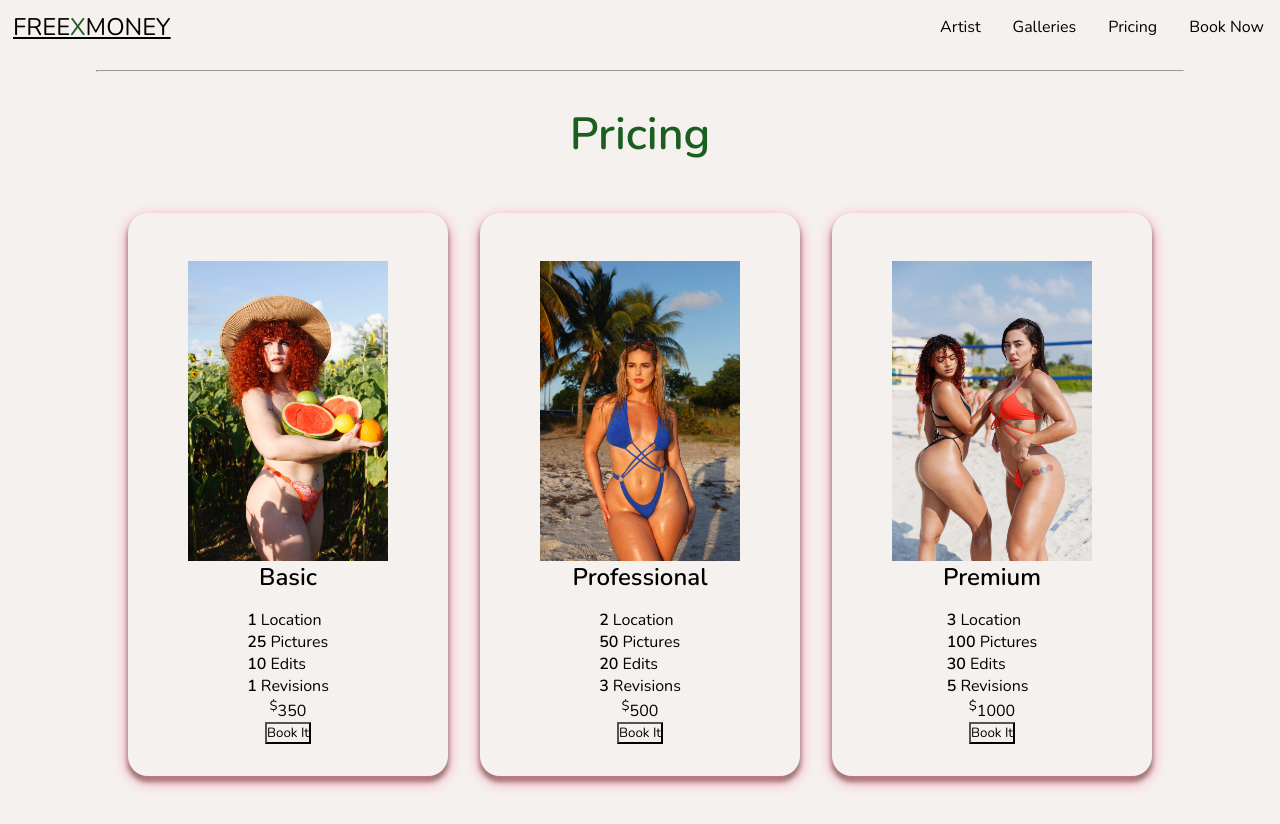
Repository: burntaftermint/freexmoney-draft
Page: price.html
These files come from the project's save history. The page is drawn as it stood at one moment and after the next save; the edit follows.
The browser window is 1280 px wide. The pictures show the whole page.
Some web fonts or font styles are not loaded; a fallback is used.

Above is the page before, as saved 2024-06-11 02:00:12.

### price.html
<!DOCTYPE html>
<html lang="en">
<head>
    <meta charset="UTF-8">
    <meta http-equiv="X-UA-Compatible" content="IE=edge">
    <meta name="viewport" content="width=device-width, initial-scale=1.0">
    <script src="script.js" defer></script>
    <title>FREEXMONEY</title>
    <link rel="preconnect" href="https://fonts.googleapis.com">
    <link rel="preconnect" href="https://fonts.gstatic.com" crossorigin>
    <link href="https://fonts.googleapis.com/css2?family=Architects+Daughter&family=Kumbh+Sans:wght@400;700&family=Montserrat:ital,wght@0,100;0,200;0,300;0,400;0,500;0,600;0,700;0,800;0,900;1,100;1,200;1,300;1,400;1,500;1,600;1,700;1,800;1,900&family=Nunito:wght@300;400;500;600&family=Roboto:wght@300&family=Rubik:wght@400;500;600;700;800&family=Yantramanav:wght@500&display=swap" rel="stylesheet">
    <link rel="stylesheet" type="text/css" href="style.css">
</head>
<body>
    <nav class="navbar">
        <div class="nav-title">
            <a href="index.html">FREE<span>X</span>MONEY</a>
        </div>
        <a href="#" class="toggle-button">
            <span class="bar"></span>
            <span class="bar"></span>
            <span class="bar"></span>
        </a>
        <div class="navbar-links">
            <ul>
                <li><a href="artist.html">Artist</a></li>
                <li><a href="gallery.html">Galleries</a></li>
                <li><a href="pricing.html">Pricing</a></li>
                <li><a href="home.html">Book Now</a></li>
            </ul>
        </div>
    </nav>
    <hr>
    <h1 class="galleryh1">Pricing</h1>
    <section class="pricing">
        <div class="card-wrapper">
            <!-- card header -->
            <div class="card-header">
                <img src="images/2.JPG" alt="basic">
                <h2>Basic</h2>
            </div>
            <!-- card detail -->
            <div class="card-detail">
                <p><span class="fas fa-check check"></span><b>1</b> Location </p>
                <p><span class="fas fa-check check"></span><b>25</b> Pictures </p>
                <p><span class="fas fa-check check"></span><b>10</b> Edits </p>
                <p><span class="fas fa-check check"></span><b>1</b> Revisions </p>

            </div>
            <!-- card price -->
            <div class="card-price">
                <p><sup>$</sup>350</p>
            </div>
            <!-- button -->
            <button class="card-button">Book It</button>
        </div>

        <div class="card-wrapper">
            <!-- card header -->
            <div class="card-header">
                <img src="images/4.JPG" alt="basic">
                <h2>Professional</h2>
            </div>
            <!-- card detail -->
            <div class="card-detail">
                <p><span class="fas fa-check check"></span><b>2</b> Location </p>
                <p><span class="fas fa-check check"></span><b>50</b> Pictures </p>
                <p><span class="fas fa-check check"></span><b>20</b> Edits </p>
                <p><span class="fas fa-check check"></span><b>3</b> Revisions </p>

            </div>
            <!-- card price -->
            <div class="card-price">
                <p><sup>$</sup>500</p>
            </div>
            <!-- button -->
            <button class="card-button">Book It</button>
        </div>

        <div class="card-wrapper">
            <!-- card header -->
            <div class="card-header">
                <img src="images/11.JPG" alt="basic">
                <h2>Premium</h2>
            </div>
            <!-- card detail -->
            <div class="card-detail">
                <p><span class="fas fa-check check"></span><b>3</b> Location </p>
                <p><span class="fas fa-check check"></span><b>100</b> Pictures </p>
                <p><span class="fas fa-check check"></span><b>30</b> Edits </p>
                <p><span class="fas fa-check check"></span><b>5</b> Revisions </p>

            </div>
            <!-- card price -->
            <div class="card-price">
                <p><sup>$</sup>1000</p>
            </div>
            <!-- button -->
            <button class="card-button">Book It</button>
        </div>

    </section>

</body>
</html>

### style.css

* {
    margin: 0;
    padding: 0;
    box-sizing: border-box;
    font-family: 'Nunito', sans-serif;
    background-color: #f5f1ef;
}

.container {
    display: flex;
    flex-direction: column;
    justify-content: center;
    align-items: center;
    text-align: center;
    margin: 15px 20px 0 20px;
}

.social-links img {
    width: 50px;

    margin: 20px;
    cursor: pointer;
}

.social-links {
    text-align: center;
}

hr {
    margin: 1rem 6rem 0 6rem;
}


.container .heading {
    width: 50%;
    padding-bottom: 20px;
}

.container .heading h3 {
    font-size: 3em;
    font-weight: 400;
    border-bottom: 3px solid #1b5e20;

}

.container .heading h3 span {
    color: #1b5e20;
    font-weight: 600;
}

.container .box {
    display: flex;
    flex-direction: row;
    justify-content: space-between;

}

.container .box .row1 {
    display: flex;
    flex-direction: column;
    width: 32.5%;
}

.container .box .row1 img {
    width: 100%;
    padding-bottom: 10px;
    animation: fadeInUp 2s ease;
}

.container .box .row1 img:hover{
    opacity: 0.5;
    transition: 0.2s ease;

}

.container .btn {
    margin: 40px 0 70px 0;
    background: #1b5e20;
    padding: 15px 40px ;
    border-radius: 5px;
}


.container .btn a {
    text-decoration: none;
    background-color: transparent;
    color: #f5f5f5;
    font-weight: bolder;
    letter-spacing: 1px;
}

.container .heading a {
    text-decoration: none;
    color: black;
}
.container .heading a:hover {

    color: #f06292;
}

.container .btn a:hover {
    text-decoration: none;
    background-color: transparent;
    color: #f06292;
    font-weight: bolder;

}

/* gallery css */
.gallery-container {
    width: 100%;
    min-height: 100vh;
    display: flex;
    justify-content: center;
    align-items: center;
    padding: 0px 90px;
}

.gallery-content-section {
    display: flex;
    justify-content: center;
    align-items: center;
    text-align: center;
    animation: fadeInRight 2s ease;
}

.gallery-content-section .gallery-card {
    flex: 1;
    margin: 20px 20px;
    box-shadow: 0px 2px 8px 0px rgba(0,0,0,0.2);
    border-radius: 20px;
    box-shadow: 0 5px 14px #fa7fa8, 0 5px 5px #1b5e20;
}

.gallery-content-section .gallery-card:hover {
    transform: scale(1.2);
    cursor: pointer;
}

.gallery-content-section .gallery-card img {
    width: 100%;
    height: auto;
    border-radius: 5px;
}

.gallery-content-section .gallery-card h2 {
    margin: 15px 0px;
    font-size: 28px;
    color: #f06292;
}

.gallery-content-section .gallery-card p {
    font-size: 16px;
    line-height: 1.5;
    padding: 0px 10px;
    margin-bottom: 20px;
}

.galleryh1 {
    text-align: center;
    font-size: 45px;
    color: #1b5e20;
    margin-top: 2rem;
}

/* home css */

.hero {
    background-color: #f5f1ef;
    overflow: hidden;
}

.home-heading h1 {
    color: #1b5e20;
    font-size: 55px;
    text-align: center;
    margin-top: 35px;
    margin-bottom: -30px;
}

.hero-content p {
    font-size: 24px;
    line-height: 1.5;
    margin-bottom: 40px;
    color: rgb(39, 39, 39);
}

.hero-btn {
    display: inline-block;
    background-color: #1b5e20;
    margin-top: -20px;
    padding: 12px 24px;
    border-radius: 5px;
    font-size: 20px;
    border: none;
    cursor: pointer;
    transition: 0.3s ease;
    font-weight: bolder;
    letter-spacing: 1px;
}
.hero-btn a {

    text-decoration: none;
    background-color: transparent;
    color: #f5f5f5;
}
.hero-btn a:hover {

    color: #f06292;
}
.container_home {
    display: flex;
    justify-content: center;
    align-items: center;
    width: 90%;
    margin: 65px auto;
}
.hero-content {
    flex: 1;
    width: 600px;
    margin: 0px 25px;
    animation: fadeInUp 2s ease;
}
.hero-image {
    flex: 1;
    width: 600px;
    margin: auto;
    animation: fadeInRight 2s ease;
}

.hero-content h2 {
    color: #f06292;
    font-size: 38px;
    margin-bottom: 10px;
}

.hero img {
width: 100%;
height: auto;
border-radius: 10px;
}

/* navbar css */
.navbar {
    display: flex;
    justify-content: space-between;
    align-items: center;
    background-color: #f5f1ef;


}

.nav-title {
    background-color: transparent;
    text-decoration: underline;
}
.nav-title a{
    color: black;

}
.nav-title a:hover{
    color: #f06292;
}
.nav-title span{
    background-color: transparent;
    color: #1b5e20;
}

.navbar-links ul {
    margin: 0;
    padding: 0;
    display: flex;
}

.navbar-links li {
    list-style: none;

}

.navbar-links li a {
    text-decoration: none;
    color: black;
    padding: 1rem;
    display: block;



}

.navbar-links li a:hover{
    color: #f06292;
}
.nav-title {
    font-size: 1.5rem;
    margin: .5rem;
    padding-left: 5px;

}

.toggle-button {
    position: absolute;
    top: .75rem;
    right: 1rem;
    display: none;
    flex-direction: column;
    justify-content: space-between;
    width: 30px;
    height: 21px;
}

.toggle-button .bar {
    height: 3px;
    width: 100%;
    background-color: black;
    border-radius: 10px;
}

/* Pricing css */

.pricing {
    display: flex;
    justify-content: center;
    flex-wrap: wrap;
    width: 100%;
    padding: 2rem;
}

.card-header >img {
    width: 200px;
    display: block;
    margin: 0 auto;
}

.card-wrapper {
    display: flex;
    flex-direction: column;
    align-items: center;
    justify-content: center;
    width: 320px;
    height: auto;

    border-radius: 20px;
    box-shadow: 0 5px 14px #fa7fa8, 0 5px 5px #1b5e20;
    padding: 2rem;
    margin: 1rem;
    transition: all 0.2 ease-in;
}

.card-wrapper:hover {
    transform: scale(1.1);

}

.card-wrapper:hover .card-header> h2{
    transform: scale(1.1);
    color: #f06292;
    letter-spacing: 2;
}
.card-header {
    margin: 1rem;
    text-align: center;

}






.pricing-card li {
    background-color: #fa7fa8;
}
.pricing-card strong {
    background-color: #fa7fa8;
}
.pricing-card sup {
    background-color: #fa7fa8;
}

.price {
    background-color: #fa7fa8;
    font-size: 70px;
    color: #f5f1ef;
    margin: 40px 0;
    transition: .2s linear;
}

.price sup, .price span {
    font-size: 22px;
    font-weight: 700;
}









@media only screen and (max-width: 1000px) {
    .gallery-content-section {
        flex-direction: column;
    }

    .pricing-card {
        flex: 50%;

    }

    .pricing-card-header {
        font-size: 10.5px;
    }

    .price {
        font-size: 45px;
    }

    .pricing-card li {
        font-size: 15px;
    }



}




@media only screen and (max-width: 769px) {
    .container .box {
        flex-direction: column;
    }
    .container .box .row1 {
        width: 100%;
    }
    .home-heading h1 {
        font-size: 45px;
        margin-top: 30px;
    }

    .hero {
        margin: 0px;

    }
    .container_home {
        width: 100%;
        flex-direction: column;
        margin: 0px;
        padding: 0px 40px;

    }
    .hero-content {
        width: 100%;
        margin: 35px 0px;
    }
    .hero-content h2 {
        font-size: 30px;

    }
    .hero-content p {
        font-size: 18px;
        margin-bottom: 20px;
    }
    .hero-btn {
        font-size: 16px;
        padding: 8px 16px;

    }
    .hero-image {
        width: 100%;
    }

    .pricing-card {
        flex: 50%;

    }

    .pricing-card-header {
        font-size: 6px;
    }

    .price {
        font-size: 35px;
    }

    .pricing-card li {
        font-size: 15px;
    }


}






@media only screen and (max-width: 718px) {
    .container .heading {
        width: 100%;

    }

    .container .heading h3 {
        font-size: 2.5em;


    }
}

@media only screen and (max-width: 549px) {
    .toggle-button {
        display: flex;

    }
    .navbar-links {
        display: none;
        width: 100%;

    }
    .navbar {
        flex-direction: column;
        align-items: flex-start;
    }

    .navbar-links ul {
        width: 100%;
        flex-direction: column;
    }

    .navbar-links li {
        text-align: center;
    }

    .navbar-links li a {
        padding: .3rem .7rem;
    }

    .navbar-links.active {
        display: flex;
    }
}

@media only screen and (max-width: 510px) {
    .gallery-card {
        width: 150%;

    }
}

@media only screen and (max-width: 400px) {
    .pricingh1 {
        margin-bottom: -175px;
    }
}

@keyframes fadeInUp {
    0% {
        opacity: 0;
        transform: translateY(50px);
    }
    100% {
        opacity: 1;
        transform: translateY(0px);
    }
}


@keyframes fadeInRight {
    0% {
        opacity: 0;
        transform: translateX(-50px);
    }
    100% {
        opacity: 1;
        transform: translateX(0px);
    }
}

Loaded but not shown: script.js (common file)

After the next save:
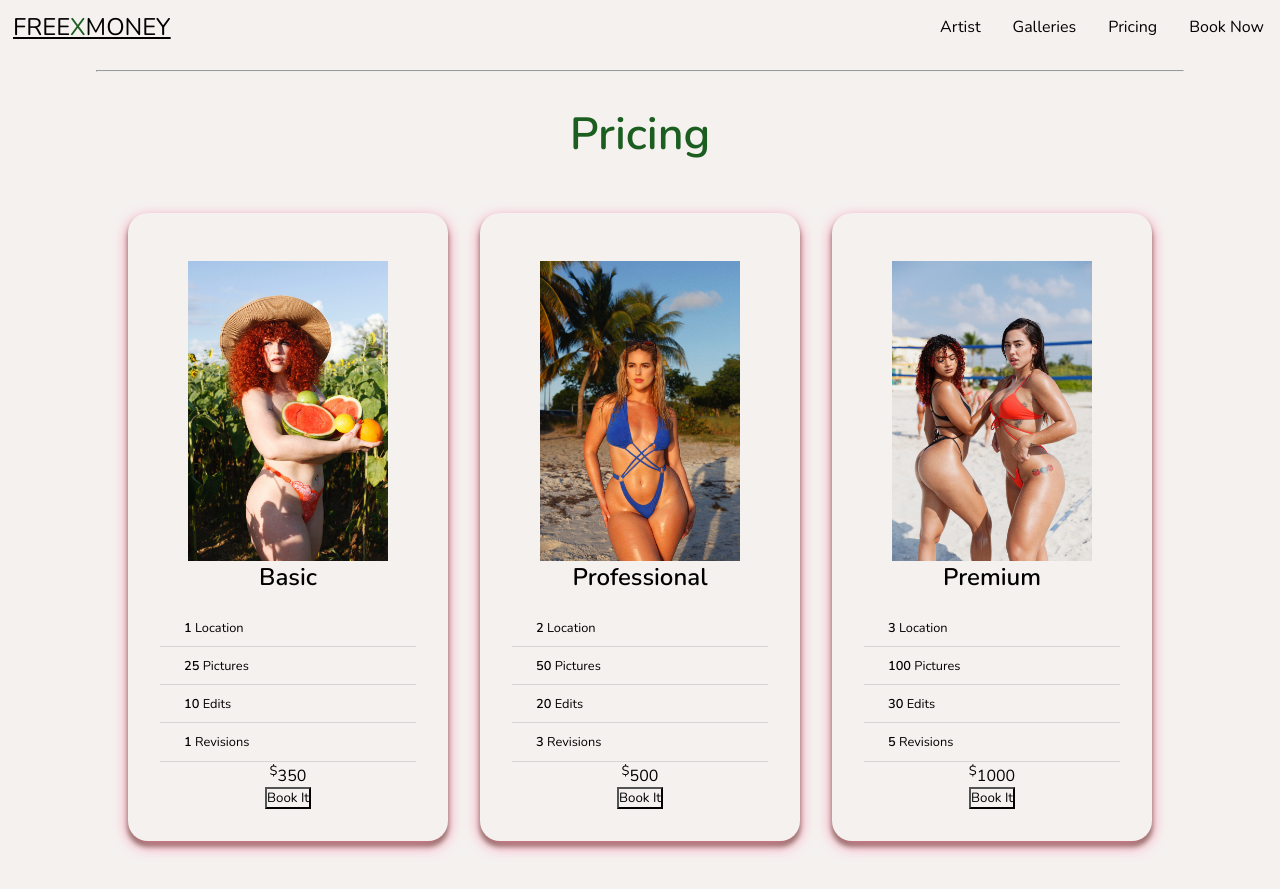
Saved 2 min 22 s later.
--- a/style.css
+++ b/style.css
@@ -363,6 +363,16 @@ border-radius: 10px;
 
 }
 
+.card-detail {
+    width: 100%;
+}
+
+.card-detail > p {
+    padding: 0.6rem 1.5rem;
+    font-size: 0.8rem;
+    border-bottom: 1px solid #d5d5d5;
+}
+
 
 
 
